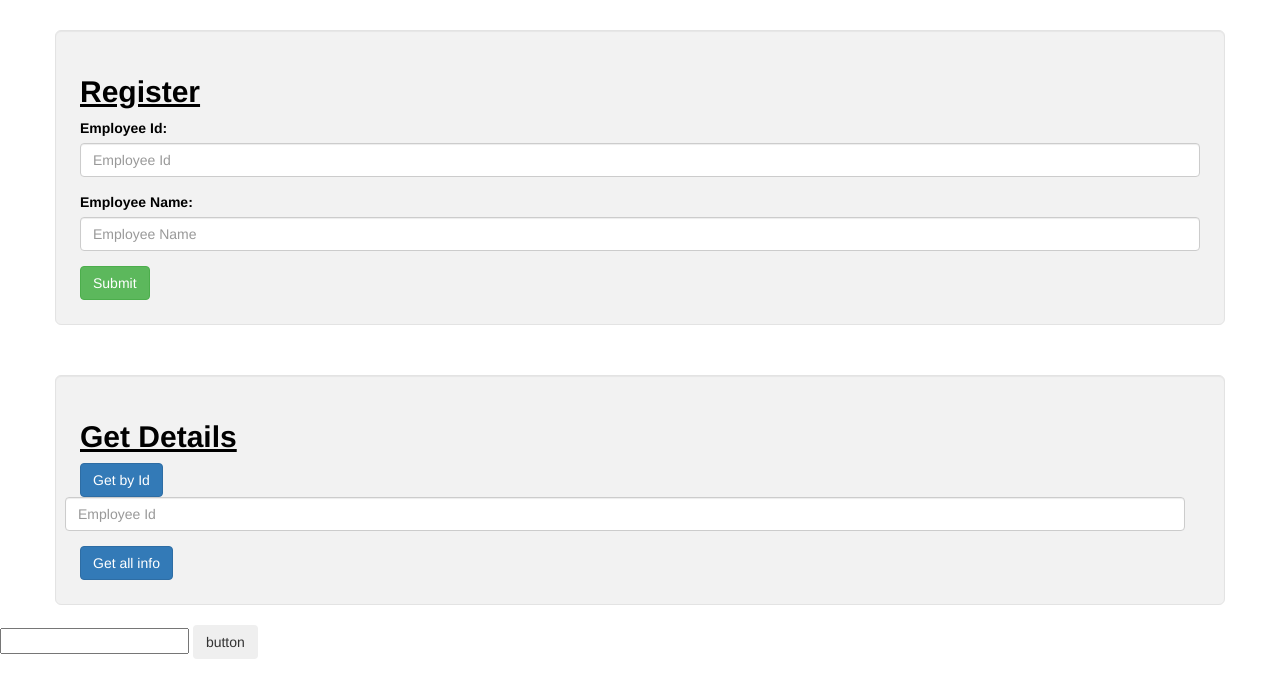
Repository: royakash07/FirstWebApplication
Page: http://localhost/SampleWebApplication/EmployeeProtal.jsp
These files come from the project's save history. The page is drawn as it stood at one moment and after the next save; the edit follows.
The browser window is 1280 px wide. The pictures show the whole page.
Some web libraries are served in a nearby version. The page is served by Tomcat 9. Nobody is signed in. The application's start-up code is not run.

Above is the page before, as saved 2017-11-30 05:09:12.

After the next save:
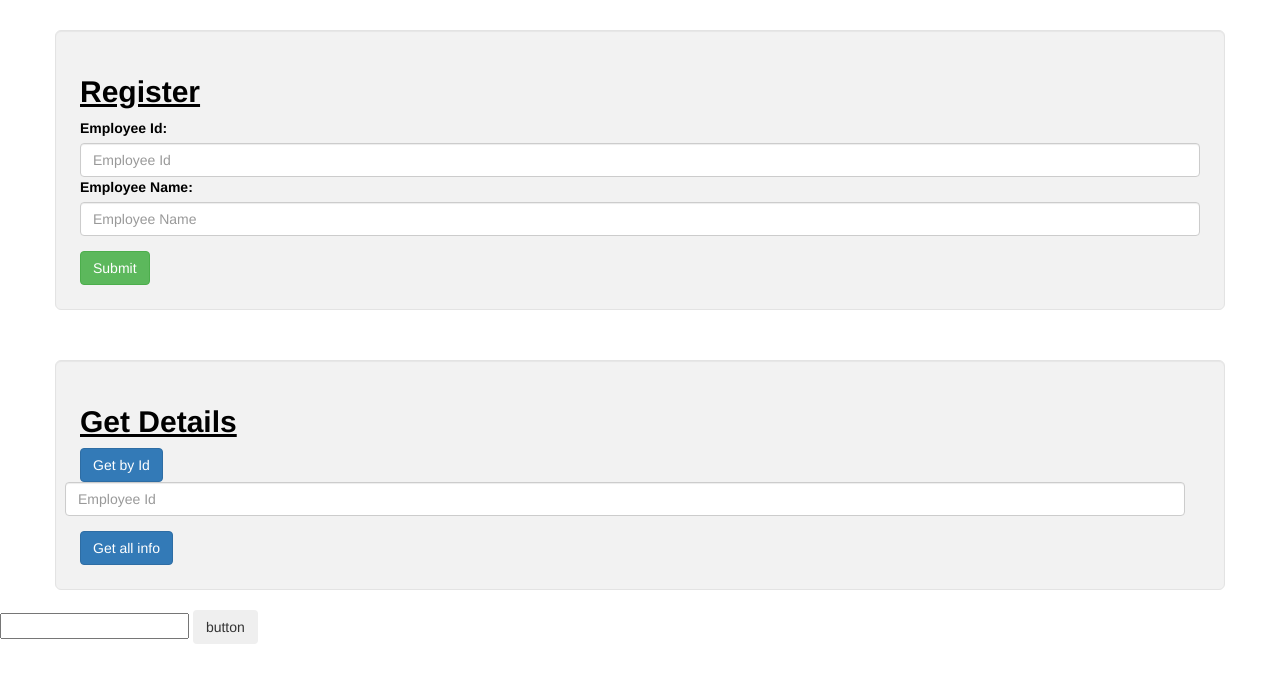
Saved 74 s later.
--- a/SampleWebApplication/WebContent/EmployeeProtal.jsp
+++ b/SampleWebApplication/WebContent/EmployeeProtal.jsp
@@ -24,7 +24,7 @@
 <div class="container well well-lg" >
 <h2><strong><u>Register</u></strong></h2>
 <form action="Submit" method="post">
-<div class="form-group">
+<div class="form-horizontal">
   <label for="EmployeeId">Employee Id:</label>
   <input type="text" class="form-control" name="EmployeeId" placeholder="Employee Id" >
   </div>

After the save that followed:
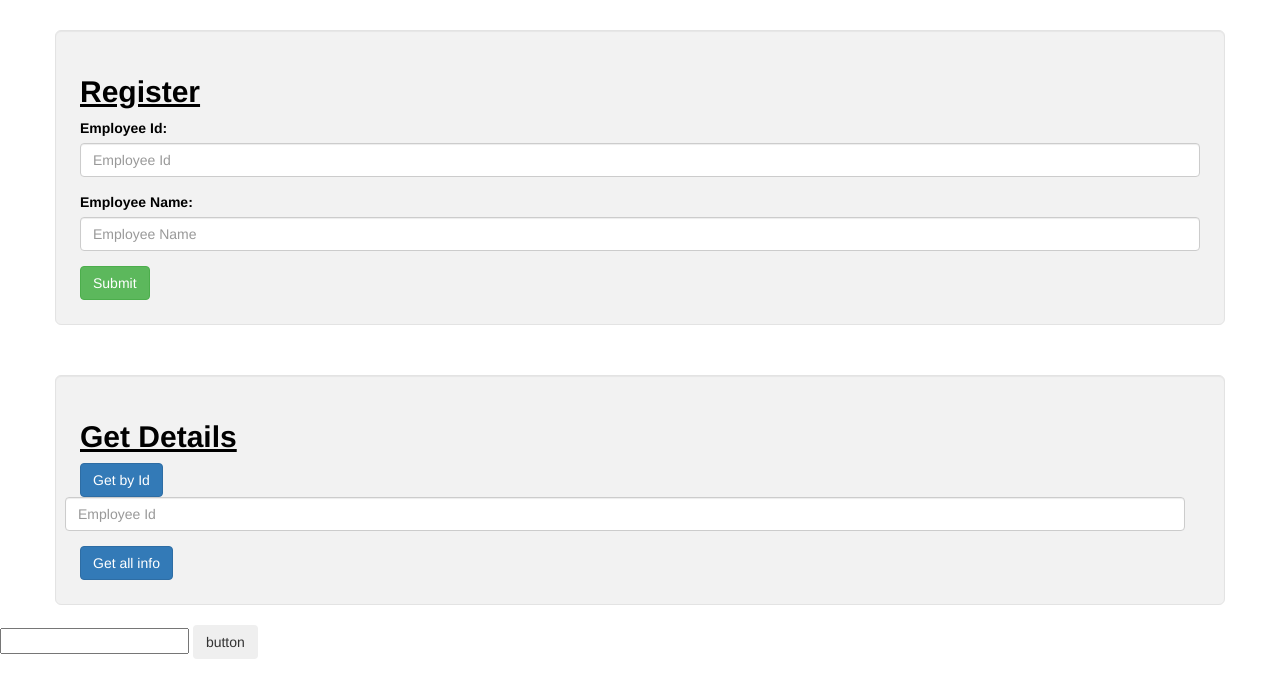
Saved 21 s later.
--- a/SampleWebApplication/WebContent/EmployeeProtal.jsp
+++ b/SampleWebApplication/WebContent/EmployeeProtal.jsp
@@ -24,7 +24,7 @@
 <div class="container well well-lg" >
 <h2><strong><u>Register</u></strong></h2>
 <form action="Submit" method="post">
-<div class="form-horizontal">
+<div class="form-group">
   <label for="EmployeeId">Employee Id:</label>
   <input type="text" class="form-control" name="EmployeeId" placeholder="Employee Id" >
   </div>
